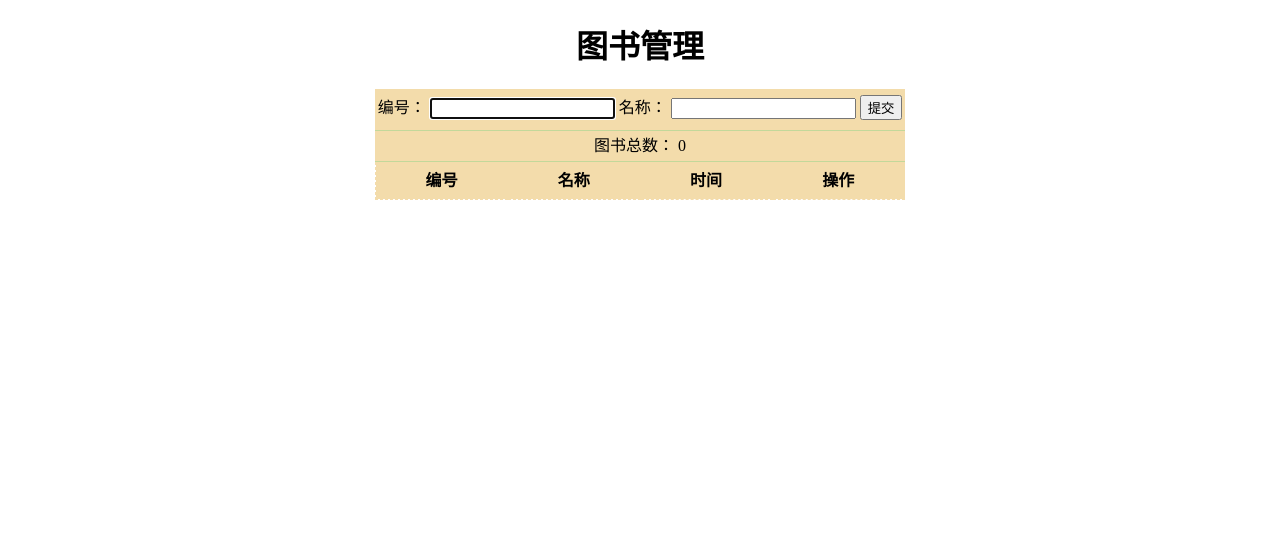
Repository: taxiisnottaxi/mybook-vue
Page: public-base/books.html
The author's editor kept a copy of each file at every save. The page is drawn from the files as they stood at one save, then again after the next save.
The browser window is 1280 px wide. The pictures show the whole page.

Above is the page before, as saved 2021-04-08 16:24:51.

### public-base/books.html
<!DOCTYPE html>
<html lang="en">

<head>
    <meta charset="UTF-8">
    <meta name="viewport" content="width=device-width, initial-scale=1.0">
    <title>Document</title>
    <style type="text/css">
        .grid {
            margin: auto;
            width: 530px;
            text-align: center;
        }

        .grid table {
            border-top: 1px solid #C2D89A;
            width: 100%;
            border-collapse: collapse;
        }

        .grid th,
        td {
            padding: 10;
            border: 1px dashed #F3DCAB;
            height: 35px;
            line-height: 35px;
        }

        .grid th {
            background-color: #F3DCAB;
        }

        .grid .book {
            padding-bottom: 10px;
            padding-top: 5px;
            background-color: #F3DCAB;
        }

        .grid .total {
            height: 30px;
            line-height: 30px;
            background-color: #F3DCAB;
            border-top: 1px solid #C2D89A;
        }
    </style>
</head>

<body>
    <div id="app">
        <div class="grid">
            <div>
                <h1>图书管理</h1>
                <div class="book">
                    <div>
                        <label for="id">
                            编号：
                        </label>
                        <input type="text" id="id" v-model="id" :disabled="flag" v-focus>
                        <label for="name">
                            名称：
                        </label>
                        <input type="text" id="name" v-model="name">
                        <button @click='handle' :disabled="submitFlag">提交</button>
                    </div>
                </div>
                <div class="total">
                    <span>图书总数：</span>
                    <span>{{total}}</span>
                </div>
                <table>
                    <thead>
                        <tr>
                            <th>编号</th>
                            <th>名称</th>
                            <th>时间</th>
                            <th>操作</th>
                        </tr>
                    </thead>
                    <tbody>
                        <tr :key=item.id v-for='item in books'>
                            <td>{{item.id}}</td>
                            <td>{{item.name}}</td>
                            <td>{{item.date | format('yyyy-MM-dd hh-mm-ss')}}</td>
                            <td>
                                <a href="" @click.prevent='toEdit(item.id)'>修改</a>
                                <span>|</span>
                                <a href="" @click.prevent='deleteBook(item.id)'>删除</a>
                                </ttd>
                        </tr>

                    </tbody>
                </table>
            </div>
        </div>
    </div>
    <script type="text/javascript" src="js/vue.js"></script>
    <script type="text/javascript" src="js/axios.min.js"></script>
    <script type="text/javascript">
        /*
            图书管理-添加图书
        */
        // 设置基础路径
        axios.defaults.baseURL = 'http://localhost:3000';

        // 使用过滤器格式化日期
        Vue.filter('format', function (value, arg) {
            function dateFormat(date, format) {
                if (typeof date === 'string') {
                    var mts = date.match(/(\/Date\((\d+)\)\/)/);
                    if (mts && mts.length >= 3) {
                        date = parseInt(mts[2]);
                    }
                }
                date = new Date(date);
                if (!date || date.toUTCString() == "Invalid Date") {
                    return "";
                }
                var map = {
                    "M": date.getMonth() + 1, //月份
                    "d": date.getDate(), //日
                    "h": date.getHours(), //小时
                    "m": date.getMinutes(), //分
                    "s": date.getSeconds(), //秒
                    "q": Math.floor((date.getMonth() + 3) / 3), //季度
                    "S": date.getMilliseconds() //毫秒
                };
                format = format.replace(/([yMdhmsqS])+/g, function (all, t) {
                    var v = map[t];
                    if (v !== undefined) {
                        if (all.length > 1) {
                            v = '0' + v;
                            v = v.substr(v.length - 2)
                        }
                        return v;
                    } else if (t === 'y') {
                        return (date.getFullYear() + '').substr(4 - all.length);
                    }
                    return all;
                });
                return format;
            }
            return dateFormat(value, arg)
        })
        // 使用自定义指令获取焦点
        Vue.directive('focus', {
            inserted: function (el) {
                el.focus()
            }
        })
        var vm = new Vue({
            el: '#app',
            data: {
                id: '',
                name: '',
                flag: false,
                submitFlag: false,
                books: []
            },
            methods: {
                handle: function () {
                    if (this.flag) {
                        // 编辑操作
                        // 就是根据当前的id去更新数组中对应的数据
                        this.books.some(item => {
                            if (item.id == this.id) {
                                item.name = this.name
                                // 完成更新操作之后，需要终止循环
                                return true;
                            }
                        })
                        this.flag = false;
                    } else {
                        // 添加图书
                        var book = {};
                        book.id = this.id;
                        book.name = this.name;
                        book.date = '';
                        this.books.push(book);
                    }
                    // 清空表单
                    this.id = '';
                    this.name = '';

                },
                toEdit: function (id) {
                    // 禁止修改id
                    this.flag = true
                    // 根据id查询出要编辑的数据
                    var book = this.books.filter(function (item) {
                        return item.id == id
                    })
                    // 将获取到的信息填充到表单
                    this.id = book[0].id;
                    this.name = book[0].name
                },
                deleteBook: function (id) {
                    // 删除图书
                    // 根据id从数组中查找索引
                    var index = this.books.findIndex(function (item) {
                        return item.id == id;
                    })
                    // 方法一：根据索引删除数组元素
                    // this.books.splice(index, 1);
                    // --------------------------
                    // 方法二：根据filter方法删除
                    this.books = this.books.filter(function (item) {
                        return item.id != id
                    })
                }
            },
            // 使用计算属性计算图书个数
            computed: {
                total: function () {
                    // 计算图书的总数
                    return this.books.length
                }
            },
            // 使用侦听器监听图书名称是否重复
            watch: {
                name: function (val) {
                    // 验证图书名称是否存在
                    var flag = this.books.some(function (item) {
                        return item.name == val;
                    });
                    if (flag) {
                        // 图书名称存在
                        this.submitFlag = true
                    } else {
                        // 图书名称不存在
                        this.submitFlag = false
                    }
                }
            },
            // mounted: function () {
            //     axios.get('books').then(function(data){
            //         console.log(1)
            //         // console.log(data)
            //     })
            // }
        })
    </script>
</body>

</html>

Loaded but not shown: public-base/js/vue.js (library); public-base/js/axios.min.js (library)

After the next save:
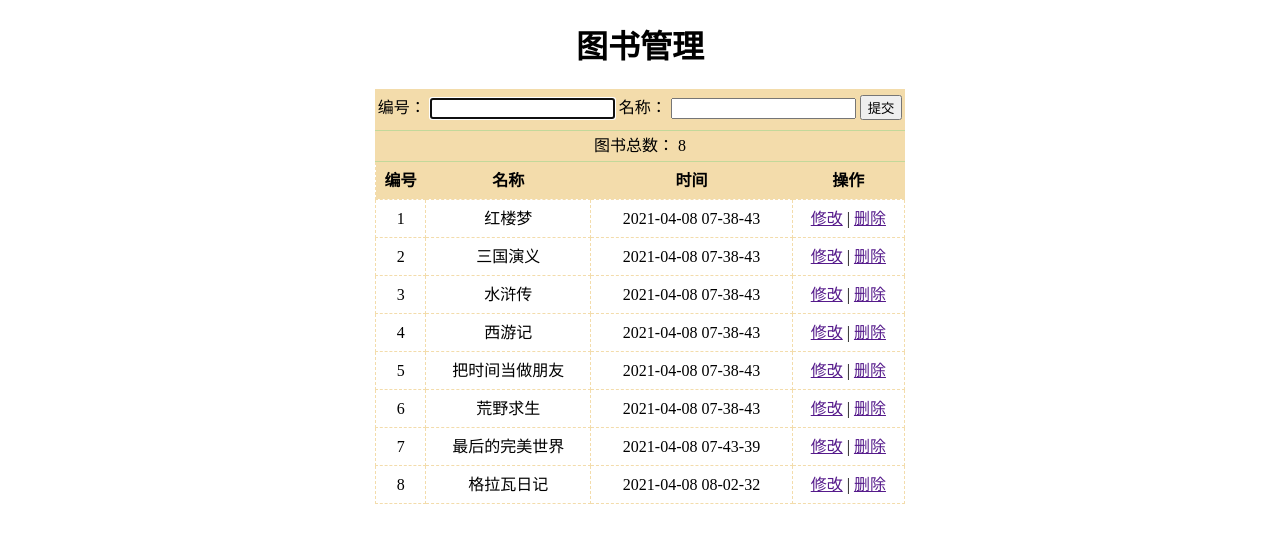
Saved 75 s later.
--- a/public-base/books.html
+++ b/public-base/books.html
@@ -154,7 +154,48 @@
                 name: '',
                 flag: false,
                 submitFlag: false,
-                books: []
+                books: [
+    {
+        "name": "红楼梦",
+        "date": 1617867523000,
+        "id": 1
+    },
+    {
+        "name": "三国演义",
+        "date": 1617867523000,
+        "id": 2
+    },
+    {
+        "name": "水浒传",
+        "date": 1617867523000,
+        "id": 3
+    },
+    {
+        "name": "西游记",
+        "date": 1617867523000,
+        "id": 4
+    },
+    {
+        "name": "把时间当做朋友",
+        "date": 1617867523000,
+        "id": 5
+    },
+    {
+        "name": "荒野求生",
+        "date": 1617867523000,
+        "id": 6
+    },
+    {
+        "name": "最后的完美世界",
+        "date": "2021-04-08T07:43:39.052Z",
+        "id": 7
+    },
+    {
+        "name": "格拉瓦日记",
+        "date": "2021-04-08T08:02:32.493Z",
+        "id": 8
+    }
+]
             },
             methods: {
                 handle: function () {
